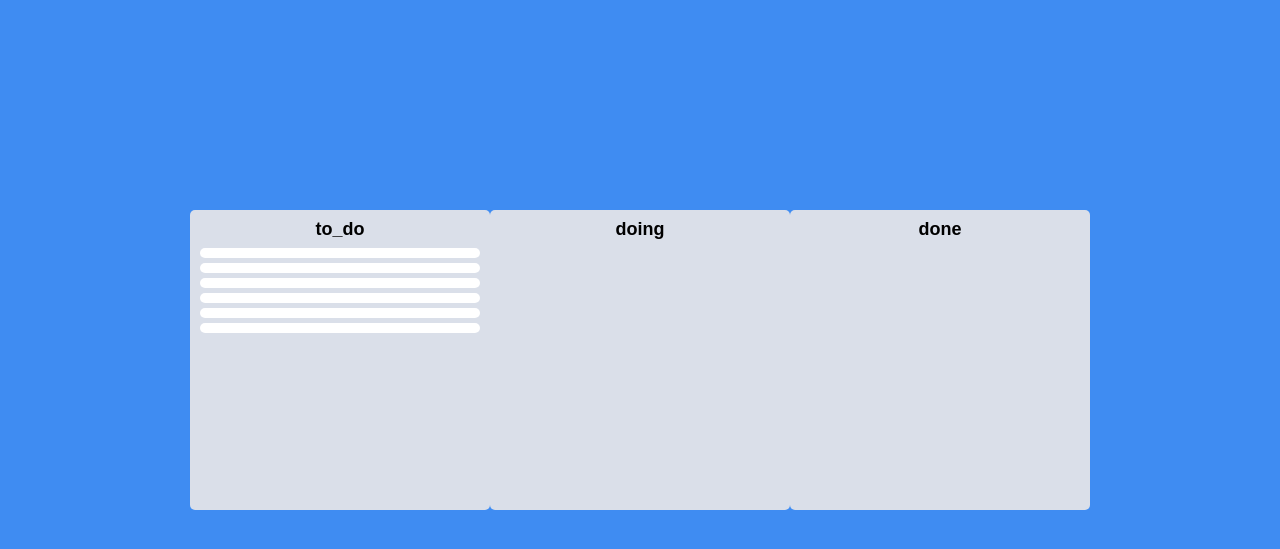
Repository: SeungYn/react-nomad
Page: / (app in trello/)
The author's editor kept a copy of each file at every save. The page is drawn from the files as they stood at one save, then again after the next save.
The browser window is 1280 px wide. The pictures show the whole page.
The project was rebuilt for these pictures with package versions that can differ from the ones it lists, and the page was loaded fresh each time. Also part of the build but not shown: trello/src/App.css.

Above is the page before, as saved 2023-01-15 17:37:32.

After the next save:
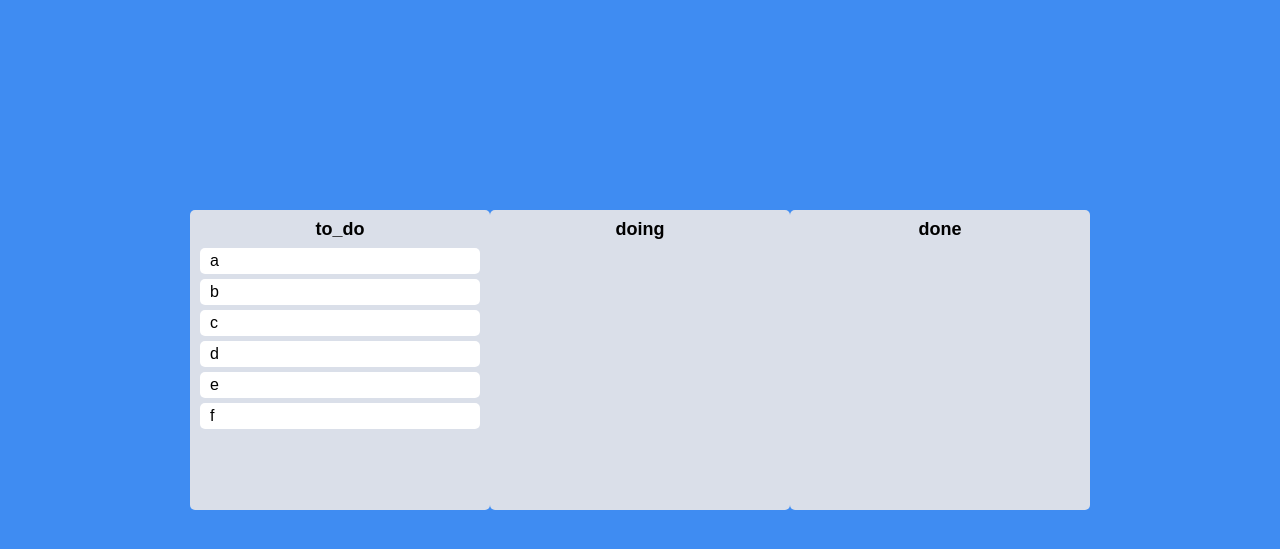
Saved 9 s later.
--- a/trello/src/Components/Board.tsx
+++ b/trello/src/Components/Board.tsx
@@ -15,7 +15,7 @@ function Board({ toDos, boardId }: IboardProps) {
         {(magic) => (
           <div ref={magic.innerRef} {...magic.droppableProps}>
             {toDos.map((toDo, index) => (
-              <DragabbleCard key={toDo} index={index} toDo={toDo} />
+              <DragabbleCard key={toDo} index={index} todo={toDo} />
             ))}
             {magic.placeholder}
           </div>
